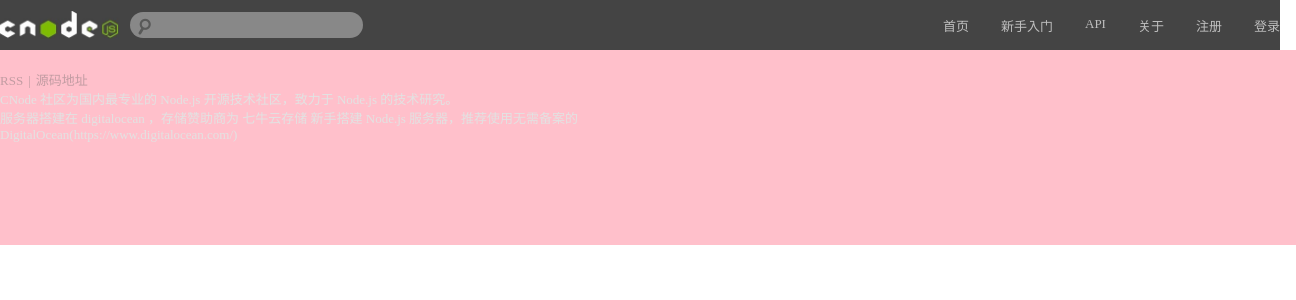
Repository: he-mengyao/pc-cnode-js
Page: /
An editor plug-in stored every save of this project. The page is shown before and after the next save, followed by the edit.
The browser window is 1280 px wide. The page is 1296 px wide, so the pictures cover 1296 px, including what lies to the right of the window. The pictures show the whole page.
The project was rebuilt for these pictures with package versions that can differ from the ones it lists, and the page was loaded fresh each time.

Above is the page before, as saved 2021-06-20 09:37:56.

After the next save:
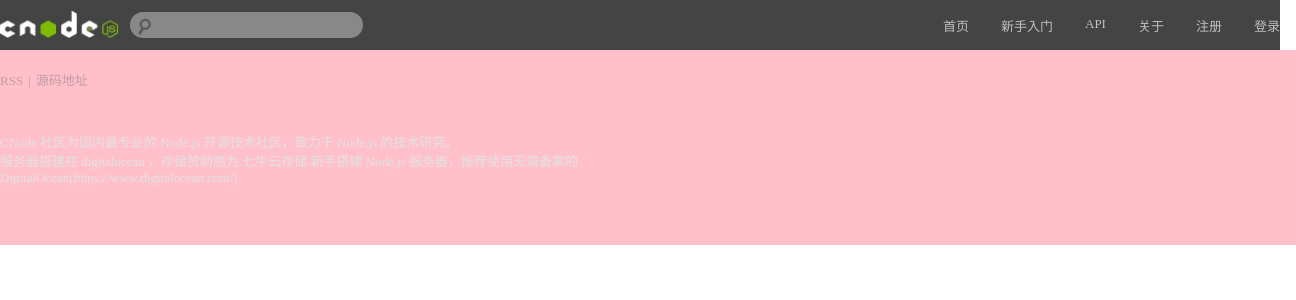
Saved 8 s later.
--- a/src/components/Footerc/footerc.vue
+++ b/src/components/Footerc/footerc.vue
@@ -2,7 +2,7 @@
   <div>
     <div class="footer w">
       <div class="links">RSS<span>|</span>源码地址</div>
-      <div class="serve flex col">
+      <div class="serve flex col flex_c">
         CNode 社区为国内最专业的 Node.js 开源技术社区，致力于 Node.js
         的技术研究。<br />
         服务器搭建在 digitalocean ，存储赞助商为 七牛云存储 新手搭建 Node.js
